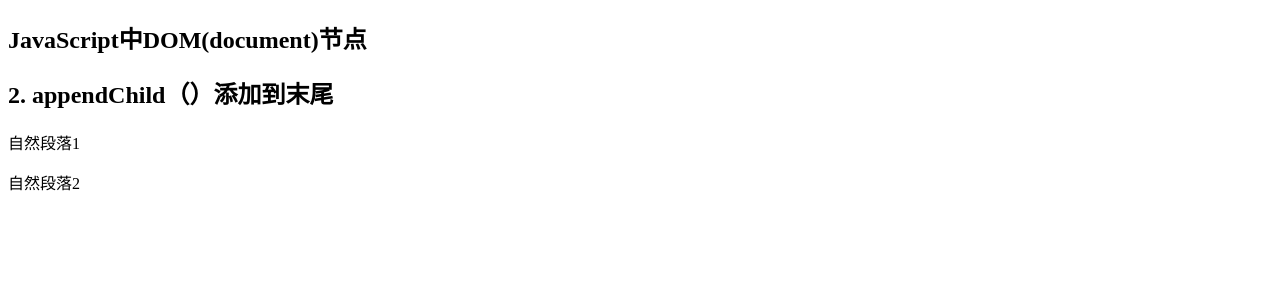
Repository: jarvanstack/vscode
Page: JavaScript/appendChild添加到末尾.html
The author's editor kept a copy of each file at every save. The page is drawn from the files as they stood at one save, then again after the next save.
The browser window is 1280 px wide. The pictures show the whole page.

Above is the page before, as saved 2020-06-13 14:23:02.
Console error: TypeError: document.getElement is not a function

### JavaScript/appendChild添加到末尾.html
<!DOCTYPE html>
<html lang="en">
<head>
    <meta charset="UTF-8">
    <meta name="viewport" content="width=device-width, initial-scale=1.0">
    <title>appendChild（）添加到末尾</title>
</head>
<body>
    <h2>JavaScript中DOM(document)节点</h2>
    <h2> 2. appendChild（）添加到末尾</h2>
    <div id="demo01">
        <p>自然段落1</p>
        <p>自然段落2</p>
    </div>
    <script>
        var para = document.getElement("p");//1.获得一个p标签
        var node = document.createTextNode("新建段落3");//2新建一个node
        para.appendChild(node);//3.将新建的节点添加到 元素里
        //4.将组合好的元素添加到父框架里。
        var parentElement = document.getElementById("demo01");
        parentElement.appendChild(para);

    </script>
</body>
</html>

After the next save:
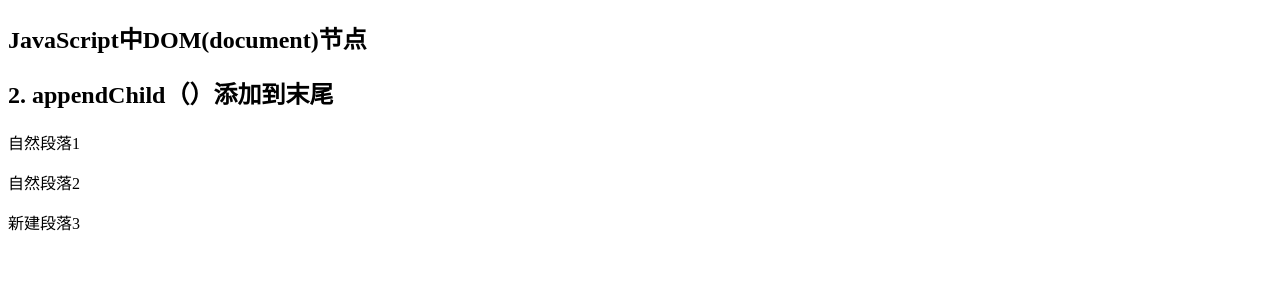
The error is gone.
Saved 35 s later.
--- a/JavaScript/appendChild添加到末尾.html
+++ b/JavaScript/appendChild添加到末尾.html
@@ -13,7 +13,7 @@
         <p>自然段落2</p>
     </div>
     <script>
-        var para = document.getElement("p");//1.获得一个p标签
+        var para = document.createElement("p");//1.获得一个p标签
         var node = document.createTextNode("新建段落3");//2新建一个node
         para.appendChild(node);//3.将新建的节点添加到 元素里
         //4.将组合好的元素添加到父框架里。
